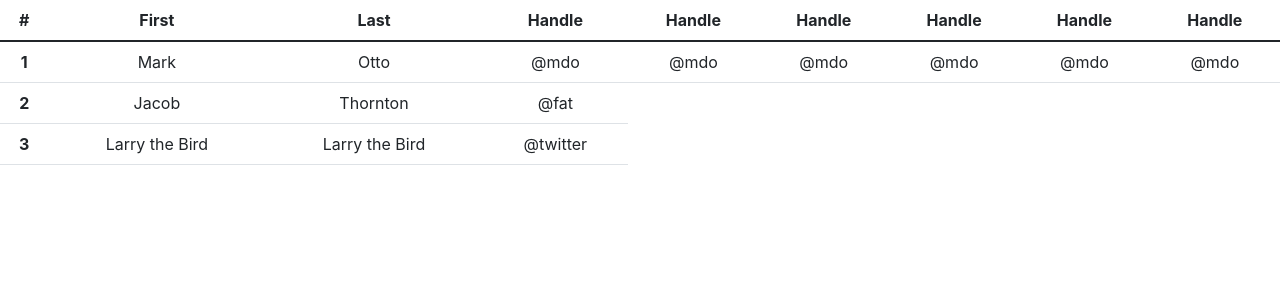
Repository: tuan842001/thulam
Page: /
An editor plug-in stored every save of this project. The page is shown before and after the next save, followed by the edit.
The browser window is 1280 px wide. The pictures show the whole page.
The project was rebuilt for these pictures with package versions that can differ from the ones it lists, and the page was loaded fresh each time.

Above is the page before, as saved 2022-01-11 14:34:53.

### public/index.html
<!DOCTYPE html>
<html lang="en">
  <head>
    <meta charset="utf-8" />
    <link rel="icon" href="%PUBLIC_URL%/favicon.ico" />
    <meta name="viewport" content="width=device-width, initial-scale=1" />
    <meta name="theme-color" content="#000000" />
    <meta
      name="description"
      content="Web site created using create-react-app"
    />

    <link href="https://cdn.jsdelivr.net/npm/bootstrap@5.1.3/dist/css/bootstrap.min.css" rel="stylesheet" integrity="sha384-1BmE4kWBq78iYhFldvKuhfTAU6auU8tT94WrHftjDbrCEXSU1oBoqyl2QvZ6jIW3" crossorigin="anonymous">
<script src="https://cdn.jsdelivr.net/npm/bootstrap@5.1.3/dist/js/bootstrap.bundle.min.js" integrity="sha384-ka7Sk0Gln4gmtz2MlQnikT1wXgYsOg+OMhuP+IlRH9sENBO0LRn5q+8nbTov4+1p" crossorigin="anonymous"></script>
    <title>React App</title>
  </head>
  <body>
    <noscript>You need to enable JavaScript to run this app.</noscript>
    <div id="root"></div>

  </body>
</html>

### src/App.js
import "./App.css";

function App() {
  return (
    <div className="App">
      <table class="table">
        <thead>
          <tr>
            <th scope="col">#</th>
            <th scope="col">First</th>
            <th scope="col">Last</th>
            <th scope="col">Handle</th>
            <th scope="col">Handle</th>
            <th scope="col">Handle</th>
            <th scope="col">Handle</th>
            <th scope="col">Handle</th>
            <th scope="col">Handle</th>
          </tr>
        </thead>
        <tbody>
          <tr>
            <th scope="row">1</th>
            <td>Mark</td>
            <td>Otto</td>
            <td>@mdo</td>
            <td>@mdo</td>
            <td>@mdo</td>
            <td>@mdo</td>
            <td>@mdo</td>
            <td>@mdo</td>
          </tr>
          <tr>
            <th scope="row">2</th>
            <td>Jacob</td>
            <td>Thornton</td>
            <td>@fat</td>
          </tr>
          <tr>
            <th scope="row">3</th>
            <td>Larry the Bird</td>
            <td>Larry the Bird</td>
            <td>@twitter</td>
          </tr>
        </tbody>
      </table>
    </div>
  );
}

export default App;

Loaded but not shown: src/index.js (common file); src/index.css (common file); src/App.css (common file)

After the next save:
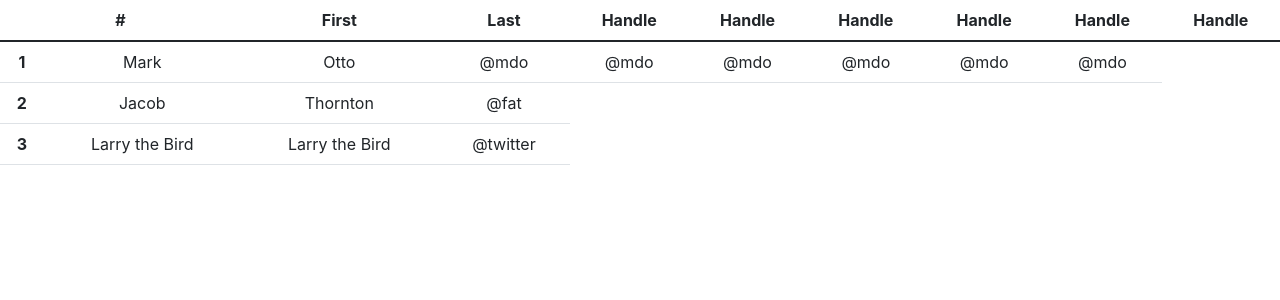
Saved 5 min 58 s later.
--- a/src/App.js
+++ b/src/App.js
@@ -6,7 +6,9 @@ function App() {
       <table class="table">
         <thead>
           <tr>
-            <th scope="col">#</th>
+            <th scope="col" colspan="2">
+              #
+            </th>
             <th scope="col">First</th>
             <th scope="col">Last</th>
             <th scope="col">Handle</th>
